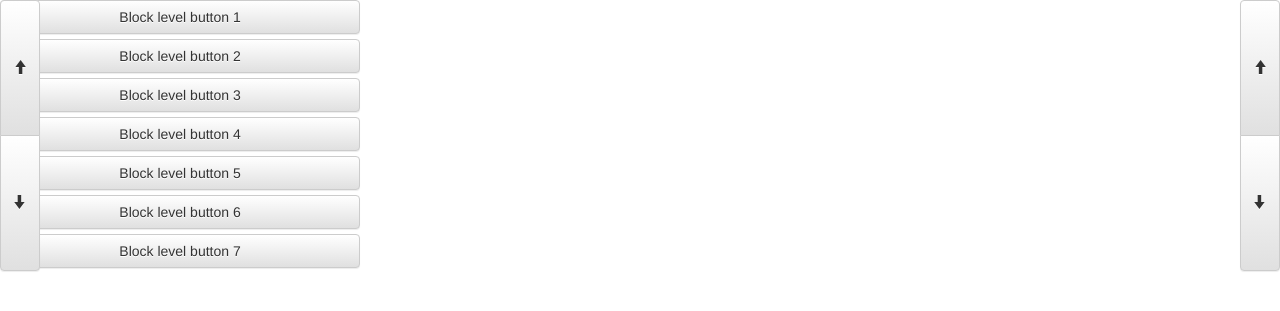
Repository: bmatusiak/bbb-usb-tool-nw
Page: index.html
The author's editor kept a record of every edit. The page is drawn from the files as they stood at one moment, then again after the next edit.
The browser window is 1280 px wide. The pictures show the whole page.

Above is the page before.
Console error: ReferenceError: global is not defined

### index.html
<!DOCTYPE html>
<html>

    <head>
        <title>USB-Tool</title>
        <meta name="viewport"
        content="width=device-width, initial-scale=1.0">

        <link rel="stylesheet" href="bootstrap/css/bootstrap.css" />
        <link rel="stylesheet" href="bootstrap/css/bootstrap-theme.css">
        <script src="js/jquery-1.8.2.min.js"></script>
        <style type="text/css">
            html,body{
                height:272px;
                width:480px;
                overflow:hidden;
            }
        </style>
    </head>

    <body>
        <div class="container-fluid">
            <div class="row">
                <div class="pull-left" style="width:40px;display:inline-block;top:0;left:0;position:fixed;">
                    <div class="btn-group-vertical">
                      <button type="button" class="btn btn-default" style="height:136px;"><span class="glyphicon glyphicon-arrow-up"></span></button>
                      <button type="button" class="btn btn-default" style="height:136px;"><span class="glyphicon glyphicon-arrow-down"></span></button>
                    </div>
                </div>
                <div style="width:360px;display:inline-block;">
                    <button type="button" class="btn btn-default btn-block">Block level button 1</button>
                    <button type="button" class="btn btn-default btn-block">Block level button 2</button>
                    <button type="button" class="btn btn-default btn-block">Block level button 3</button>
                    <button type="button" class="btn btn-default btn-block">Block level button 4</button>
                    <button type="button" class="btn btn-default btn-block">Block level button 5</button>
                    <button type="button" class="btn btn-default btn-block">Block level button 6</button>
                    <button type="button" class="btn btn-default btn-block">Block level button 7</button>

                </div>
                <div style="width:40px;display:inline-block;top:0;right:0;position:fixed;">
                    <div class="btn-group-vertical">
                      <button type="button" class="btn btn-default" style="height:136px;"><span class="glyphicon glyphicon-arrow-up"></span></button>
                      <button type="button" class="btn btn-default" style="height:136px;"><span class="glyphicon glyphicon-arrow-down"></span></button>
                    </div>
                </div>
            </div>
        </div>
        <script src="bootstrap/js/bootstrap.min.js"></script>

        <script src="main.js"></script>
    </body>

</html>

### main.js
var $ = global.$ = $;
var spawn = require('child_process').spawn

    function runCommand(cmd, done) {
        var c = cmd.split(" ");
        var Cmd = c.splice(0, 1);
        var runC = spawn(Cmd, c);
        var runCout = "";
        var runCerr = "";

        if (!done) done = function() {};

        runC.stdout.on('data', function(data) {
            runCout += data.toString();
        });

        runC.stderr.on('data', function(data) {
            runCerr += data.toString();
        });

        runC.on('close', function(code) {
            alert(runCerr);
            alert(runCout);
            done();
        });
    }

var gui = require('nw.gui');
var win = gui.Window.get();

$(document).ready(function() {
    win.resizeTo(window.screen.availWidth, window.screen.availHeight);
});

var fs = require('fs');

function setupFiles(fpath) {
    fs.readdir(fpath, function(err, files) {
        if (err) throw err;
        for (var i in files) {
            var theFile = $('<button type="button" class="file btn btn-default btn-block" data-fpath="' + fpath + '">' + files[i] + '</button>');
            theFile.appendTo("#files");
            theFile.click(function() {
                $(".file").removeClass("btn-warning");
                $(this).addClass("btn-warning");
            });
        }
    });
}

setupFiles("/mnt/microsd");

$("#btn-ok").click(function() {
    var file = $(".file.btn-warning").data("fpath") + "/" + $(".file.btn-warning").text();
    //alert(file);
    runCommand("rmmod g_mass_storage", function() {
        $(".btn-primary").removeClass("btn-primary");

        runCommand("modprobe g_mass_storage file=" + file + " cdrom=1", function() {
            $(".file.btn-warning").removeClass("btn-warning").addClass("btn-primary");
        });
    })

})

Loaded but not shown: bootstrap/css/bootstrap.css (library); bootstrap/css/bootstrap-theme.css (library); js/jquery-1.8.2.min.js (library); bootstrap/js/bootstrap.min.js (library)

After the next edit:
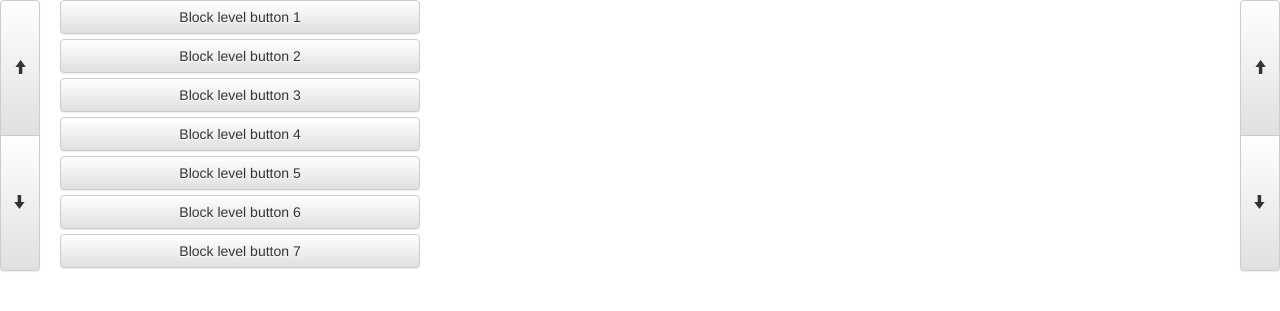
The edit:
--- a/index.html
+++ b/index.html
@@ -27,7 +27,7 @@
                       <button type="button" class="btn btn-default" style="height:136px;"><span class="glyphicon glyphicon-arrow-down"></span></button>
                     </div>
                 </div>
-                <div style="width:360px;display:inline-block;">
+                <div style="width:360px;display:inline-block;top:0;left:60px;position:fixed;">
                     <button type="button" class="btn btn-default btn-block">Block level button 1</button>
                     <button type="button" class="btn btn-default btn-block">Block level button 2</button>
                     <button type="button" class="btn btn-default btn-block">Block level button 3</button>
